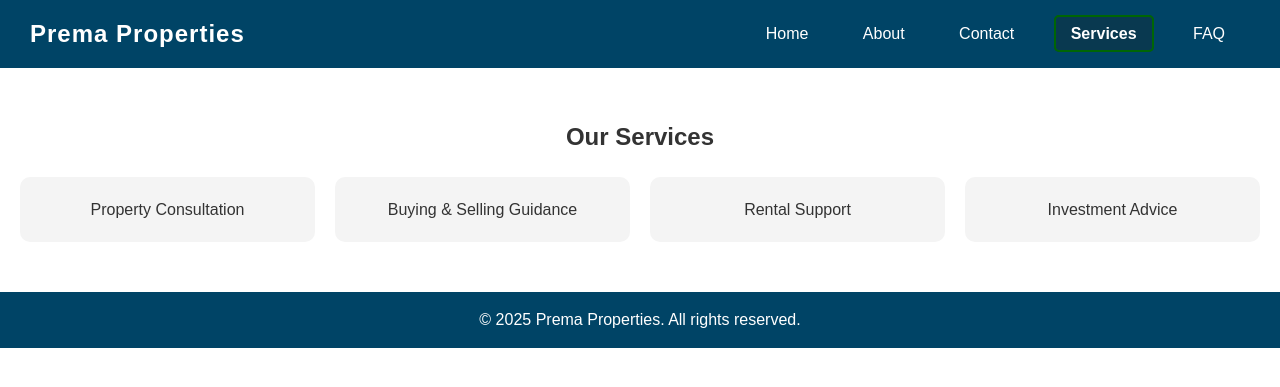
Repository: mnqobiMenzi/Prema-Properties
Page: services.html
The author's editor kept a copy of each file at every save. The page is drawn from the files as they stood at one save, then again after the next save.
The browser window is 1280 px wide. The pictures show the whole page.

Above is the page before, as saved 2025-10-04 08:55:04.

After the next save:
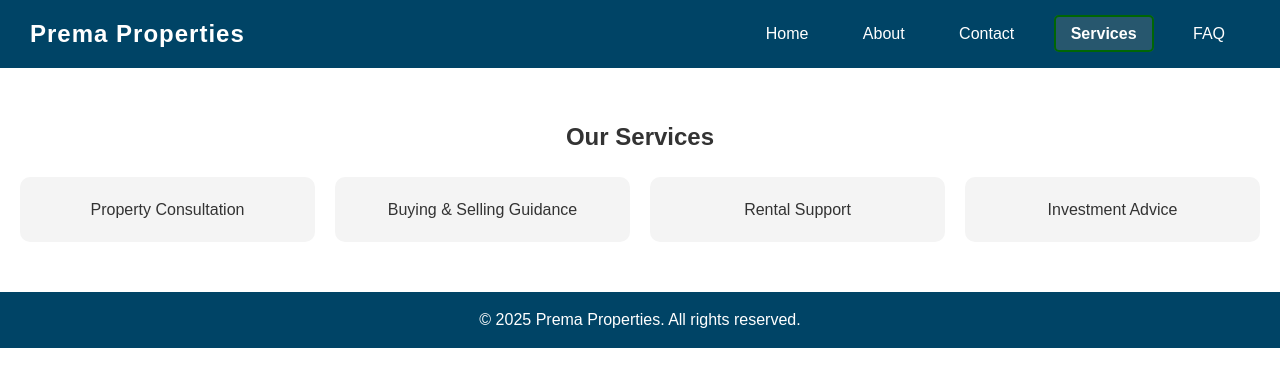
Saved 19 s later.
--- a/CSS/style.css
+++ b/CSS/style.css
@@ -50,7 +50,7 @@ header nav a:hover {
 }
 /* Active link */
 header nav a.active {
-  background: rgba(32, 32, 32, 0.3);
+  background: rgba(128, 128, 128, 0.3);
   font-weight: bold;
   border: 2px solid #006605;
 }
